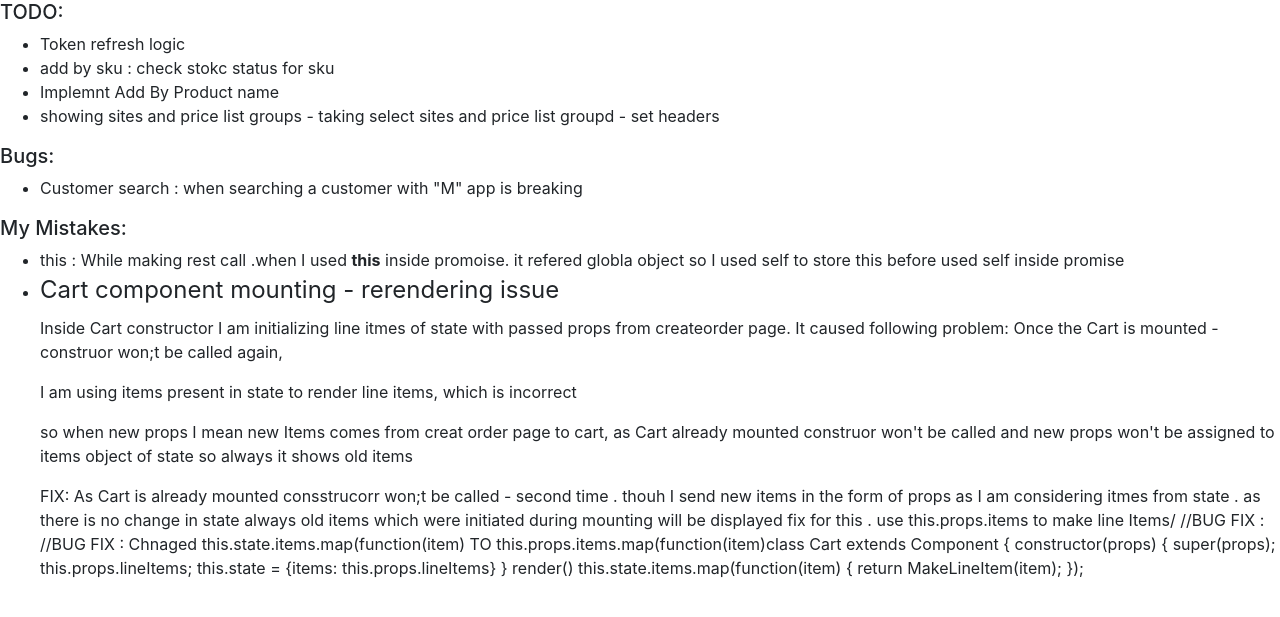
Repository: testtiger/reactagent
Page: /todo
These files come from the project's save history. The page is drawn as it stood at one moment and after the next save; the edit follows.
The browser window is 1280 px wide. The pictures show the whole page.
The project was rebuilt for these pictures with package versions that can differ from the ones it lists, and the page was loaded fresh each time. Also part of the build but not shown: src/components/Agent/Rest/agent-rest-client.js, src/components/Agent/Dashboard/quicklinks.jsx, src/components/Agent/Dashboard/announcements.jsx, src/components/Agent/Dashboard/recentorders.jsx, src/components/Agent/Dashboard/pendingactions.jsx, src/components/Agent/Dashboard/DashboardPage.jsx, src/components/Agent/Shared/Navigation.jsx, src/components/Agent/Login/loginpage.jsx and 12 more.

Above is the page before, as saved 2018-12-15 16:48:52.

### src/index.js
//start it with npm start
//create-react-app MyApp

import React from "react";
import ReactDOM from "react-dom";
import "bootstrap/dist/css/bootstrap.css";
import LoginPage from "./components/Agent/Login/loginpage";
import App from "./components/Agent/App/App";
import CreateOrderPage from "./components/Agent/CreateOrder/CreateOrderPage";
import CustomerSearchPage from "./components/Agent/CustomerSearch/CustomerSearchPage";
import AddressFields from "./components/Agent/CreateOrder/AddressFields";
ReactDOM.render(<App/>, document.getElementById("root"));
//ReactDOM.render(<AddressFields />, document.getElementById("root"));

### src/components/Agent/App/App.jsx
import React, { Component } from "react";
import LoginPage from "../Login/loginpage";
import Routes from "../Router/route";
import SearchCriteria from "../CustomerSearch/SearchCriteria";
import Register from "../CustomerSearch/Registration";

export default class App extends Component {
  render() {
    return <Routes />;
    //return <LoginPage />;
  }
}

/***
 * TODO : token expiry logic
 *
 *
 */

### src/components/Agent/Router/route.js
import React from "react";
import { BrowserRouter, Route, Switch } from "react-router-dom";
import LoginPage from "../Login/loginpage";
import DashboardPage from "../Dashboard/DashboardPage";
import CustomerSearchPage from "../CustomerSearch/CustomerSearchPage";
import Registration from "../CustomerSearch/Registration";
import CustomerProfilePage from "../CustomerProfile/CustomerProfilePage.jsx";
import Navigation from "../Shared/Navigation";
import CreateOrderPage from "../CreateOrder/CreateOrderPage";
import TODO from "../BugsTODO/TODO";


var Routes = function() {
  return <BrowserRouter>
      <div>
        <Navigation />
        <Switch>
          <Route exact path="/" component={LoginPage} />
          <Route path="/welcome" component={DashboardPage} />
          <Route exact path="/customers" component={CustomerSearchPage} />
          <Route exact path="/customers/registration" component={Registration} />
          <Route exact path="/customers/profiles/:id" component={CustomerProfilePage} />
          <Route exact path="/createOrder/:profileId" component={CreateOrderPage} />
          <Route exact path="/todo" component={TODO} />
          <Route path="*" component={LoginPage} />
        </Switch>
      </div>
    </BrowserRouter>;
};

export default Routes;

### src/components/Agent/BugsTODO/TODO.jsx
import React, { Component } from "react";

export default class TODO extends Component {
  render() {
    return (
      <div>
        <h5>TODO:</h5>
        <ul>
          <li> Token refresh logic</li>
          <li> add by sku : check stokc status for sku</li>
          <li> Implemnt Add By Product name</li>
          <li>
            {" "}
            showing sites and price list groups - taking select sites and price
            list groupd - set headers
          </li>
        </ul>
        <h5>Bugs:</h5>
        <ul>
          <li>
            Customer search : when searching a customer with "M" app is breaking
          </li>
        </ul>
        <h5>My Mistakes:</h5>
        <ul>
          <li>
            this : While making rest call .when I used <strong>this</strong>{" "}
            inside promoise. it refered globla object so I used self to store
            this before used self inside promise
          </li>
          <li>
            <legend>Cart component mounting - rerendering issue</legend>
            <span>
              <p>
                Inside Cart constructor I am initializing line itmes of state
                with passed props from createorder page. It caused following
                problem: Once the Cart is mounted - construor won;t be called
                again,
              </p>
              <p>I am using items present in state to render line items, which is incorrect</p>
              <p>
                so when new props I mean new Items comes from creat order page
                to cart, as Cart already mounted construor won't be called and
                new props won't be assigned to items object of state so
                always it shows old items
              </p>
              FIX: As Cart is already mounted consstrucorr won;t
              be called - second time . thouh I send new items in the form of
              props as I am considering itmes from state . as there is no change
              in state always old items which were initiated during mounting
              will be displayed fix for this . use this.props.items to make line
              Items/ //BUG FIX : //BUG FIX : Chnaged
              this.state.items.map(function(item) TO
              this.props.items.map(function(item)
              {
                "class Cart extends Component\
                 { \
                     constructor(props) {\
                          super(props);\
                          this.props.lineItems;\
                           this.state = {items: this.props.lineItems}\
                     }\
                    render() \
                    this.state.items.map(function(item) {\
                    return MakeLineItem(item);\
                    });\
                     "
              }
            </span>
          </li>
        </ul>
      </div>
    );
  }
}

Loaded but not shown: public/index.html (common file)

After the next save:
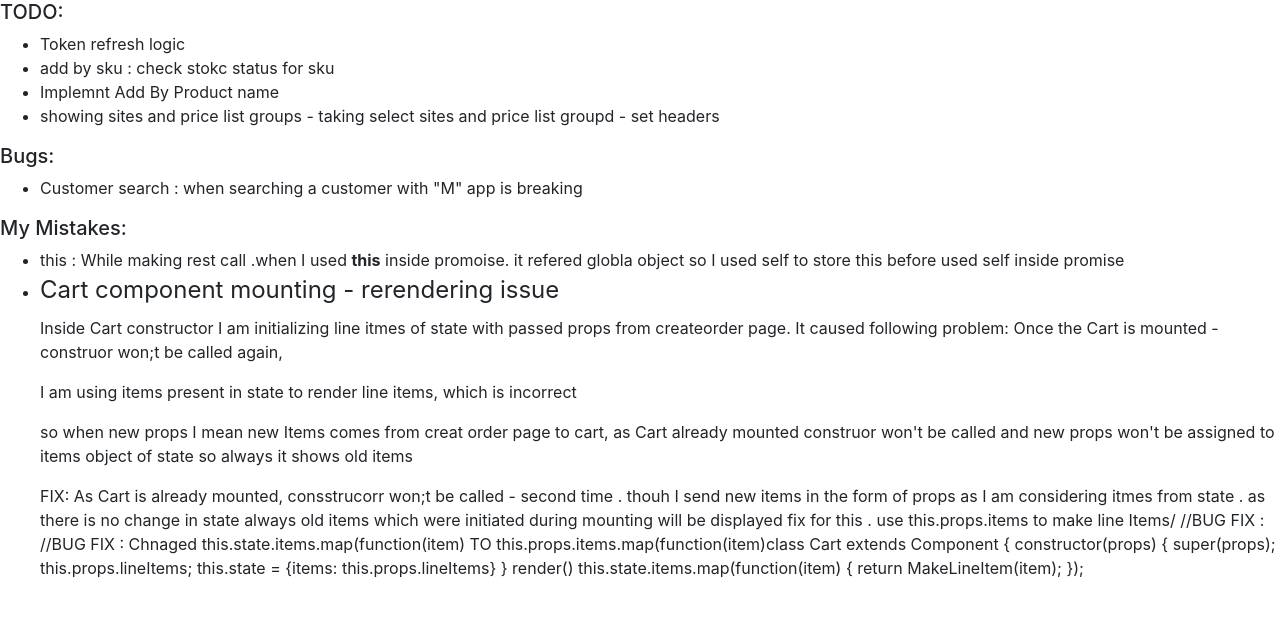
Saved 10 s later.
--- a/src/components/Agent/BugsTODO/TODO.jsx
+++ b/src/components/Agent/BugsTODO/TODO.jsx
@@ -44,7 +44,7 @@ export default class TODO extends Component {
                 new props won't be assigned to items object of state so
                 always it shows old items
               </p>
-              FIX: As Cart is already mounted consstrucorr won;t
+              FIX: As Cart is already mounted, consstrucorr won;t
               be called - second time . thouh I send new items in the form of
               props as I am considering itmes from state . as there is no change
               in state always old items which were initiated during mounting
